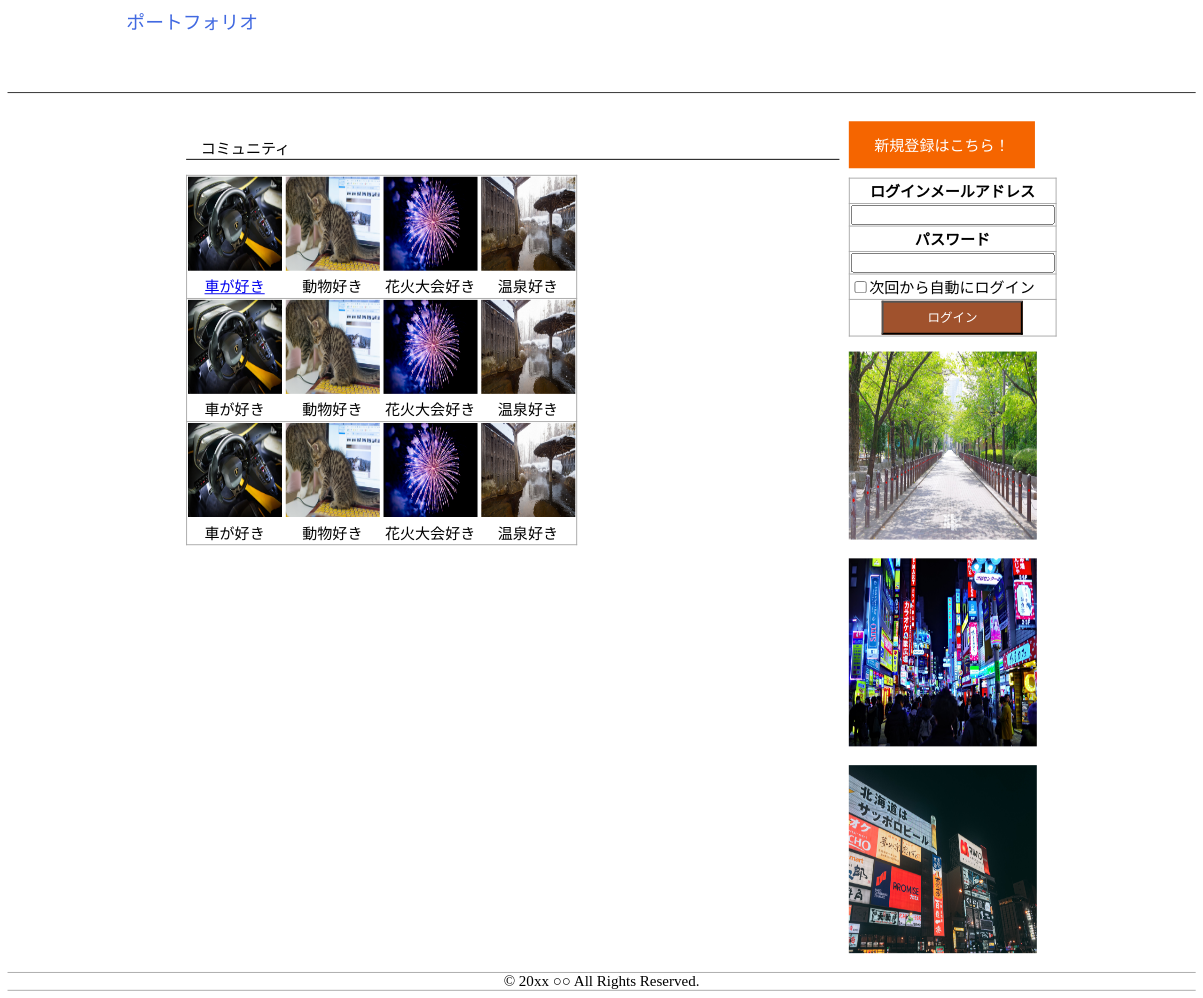
Repository: yuukiabc/samurai_PHP
Page: Login.html
The author's editor kept a record of every edit. The page is drawn from the files as they stood at one moment, then again after the next edit.
The browser window is 1280 px wide. The pictures show the whole page, at 94% of full size.

Above is the page before.

### Login.html
<!DOCTYPE html>
<html>
    <head><meta charset="UTF-8">
        <title>sns</title>
        <link rel="stylesheet"type="text/css"href="Login.css">
    </head>
    <body>

            <div class="f">
                <a href="HP.html">ポートフォリオ</a>
            </div>
            <div class="h">
            <div class="c">
                <p>　コミュニティ</p>
                <table>
                <tr>
                    <td>
                        <div class="community">
                            <img src="16.jpg" alt="画像"width="100" height="100">
                            <br><a href="#">車が好き</a>
                        </div>
                        <div class="community">
                            <img src="17.jpg" alt="画像"width="100" height="100">
                            <br>動物好き
                        </div>
                        <div class="community">
                            <img src="18.jpg" alt="画像"width="100" height="100">
                            <br>花火大会好き
                        </div>
                        <div class="community">
                            <img src="19.jpg" alt="画像"width="100" height="100">
                            <br>温泉好き
                        </div>
                    </td>
                </tr>
                <tr>
                    <td>
                        <div class="community">
                            <img src="16.jpg" alt="画像"width="100" height="100">
                            <br>車が好き
                        </div>
                        <div class="community">
                            <img src="17.jpg" alt="画像"width="100" height="100">
                            <br>動物好き
                        </div>
                        <div class="community">
                            <img src="18.jpg" alt="画像"width="100" height="100">
                            <br>花火大会好き
                        </div>
                        <div class="community">
                            <img src="19.jpg" alt="画像"width="100" height="100">
                            <br>温泉好き
                        </div>
                    </td>
                </tr>
                <tr>
                    <td>
                        <div class="community">
                            <img src="16.jpg" alt="画像"width="100" height="100">
                            <br>車が好き
                        </div>
                        <div class="community">
                            <img src="17.jpg" alt="画像"width="100" height="100">
                            <br>動物好き
                        </div>
                        <div class="community">
                            <img src="18.jpg" alt="画像"width="100" height="100">
                            <br>花火大会好き
                        </div>
                        <div class="community">
                            <img src="19.jpg" alt="画像"width="100" height="100">
                            <br>温泉好き
                        </div>
                    </td>
                </tr>
                </table>
            </div>

        <div class="a">
            <a href=""class="btn">新規登録はこちら！</a>
           <div align="center">
              <table>
                  <form action="HP.html" method="get">
                        <tr>
                          <th>
                              ログインメールアドレス
                          </th>
                        </tr>
                        <tr>
                          <td>
                              <input type="email" name="log-in e-mail address" value="" size="24">
                          </td>
                        </tr>
                      <tr>
                          <th>
                             パスワード
                          </th>
                        </tr>
                        <tr>
                          <td>
                              <input type="password" name="password" value="" size="24">
                          </td>
                        </tr>
                        <tr>
                            <td>
                            <input type="checkbox" name="Automatic login" value="1">次回から自動にログイン
                            </td>
                        </tr>
                        <tr>
                          <td align="center"colspan="2">

                              <input type="submit" class="btn2"value="ログイン">

                          </td>
                        </tr>
                  </form>
              </table>
            </div>
                <p>
                    <img src="8.jpg"alt="写真">
                </p>
                <p>
                    <img src="9.jpg"alt="写真">
                </p>
                <p>
                    <img src="10.jpg"alt="写真">
                </p>
            </div>
        </div>
        <div class="g">
            <p>&copy; 20xx ○○ All Rights Reserved.</p>
        </div>
    </body>
</html>

### Login.css
.f{
    border-bottom: 1px solid #2b2b2b;
    height:90px;
}
.f a{
  margin-left: 10%;
  text-decoration: none;
  font-size: 20px;
  color: #4169e1;
}
.menu{
    border-top: 1px solid #2b2b2b;
}
.h{
    overflow: hidden;
}
.a{
    height:100%;
    width:15%;
    float:left;
    margin-top:30px;
    padding-left:10px;
    box-sizing: border-box;
}
.a img{
    height:200px;
    width:200px;
}
.g{
    border-top: 1px solid #a9a9a9;
    border-bottom: 1px solid #a9a9a9;
    text-align:center;
}
.g p{
    margin:0;
}
.c{
    height:100%;
    width:55%;
    float:left;
    margin-top:30px;
    padding-left:15%;
}
th,td{
    border:1px #000000 solid;
    border-color:#a9a9a9;
}
.community{
    display:inline-block;
    text-align:center;
}
.btn{
    display: block;
	position: relative;
	width: 173px;
	padding: 0.8em;
	text-align: center;
	text-decoration: none;
	color: #fff;
	background: #f56500;
	margin-bottom:10px;
}
.btn hover{
    opacity:0.8;
	cursor: pointer;
	text-decoration: none;
}
.btn2{
    display: block;
	position: relative;
	width: 150px;
	padding: 0.5em;
	text-align: center;
	text-decoration: none;
	color: #fff;
	background: #a0522d;

}
.btn2 hover{
    opacity:0.8;
	cursor: pointer;
	text-decoration: none;
}
table{
    border-collapse:collapse;
}
.c p{
    border-bottom:1px #000000 solid;
}

After the next edit:
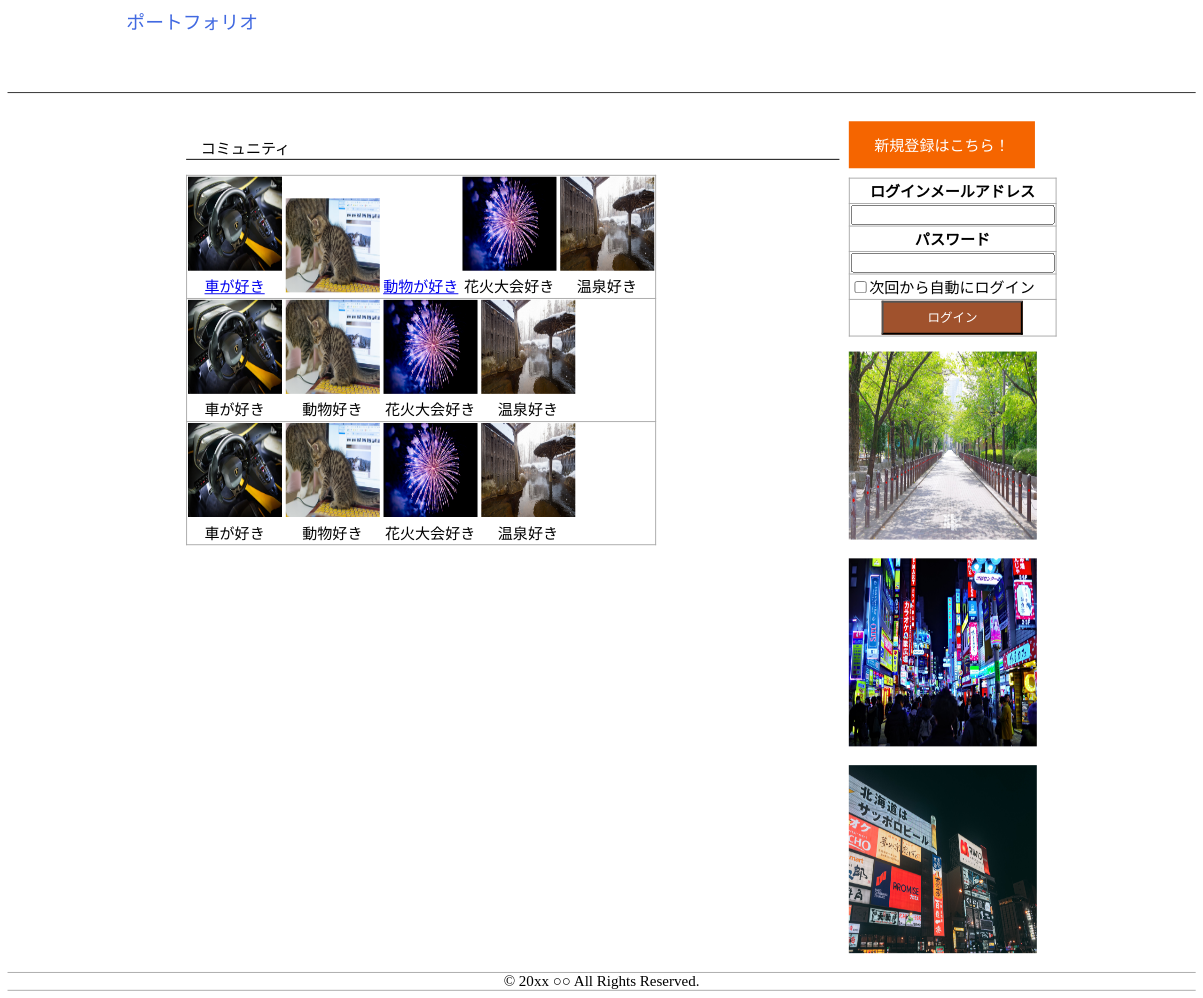
The edit:
--- a/Login.html
+++ b/Login.html
@@ -21,7 +21,7 @@
                         </div>
                         <div class="community">
                             <img src="17.jpg" alt="画像"width="100" height="100">
-                            <br>動物好き
+                            <a href="#">動物が好き</a>
                         </div>
                         <div class="community">
                             <img src="18.jpg" alt="画像"width="100" height="100">
